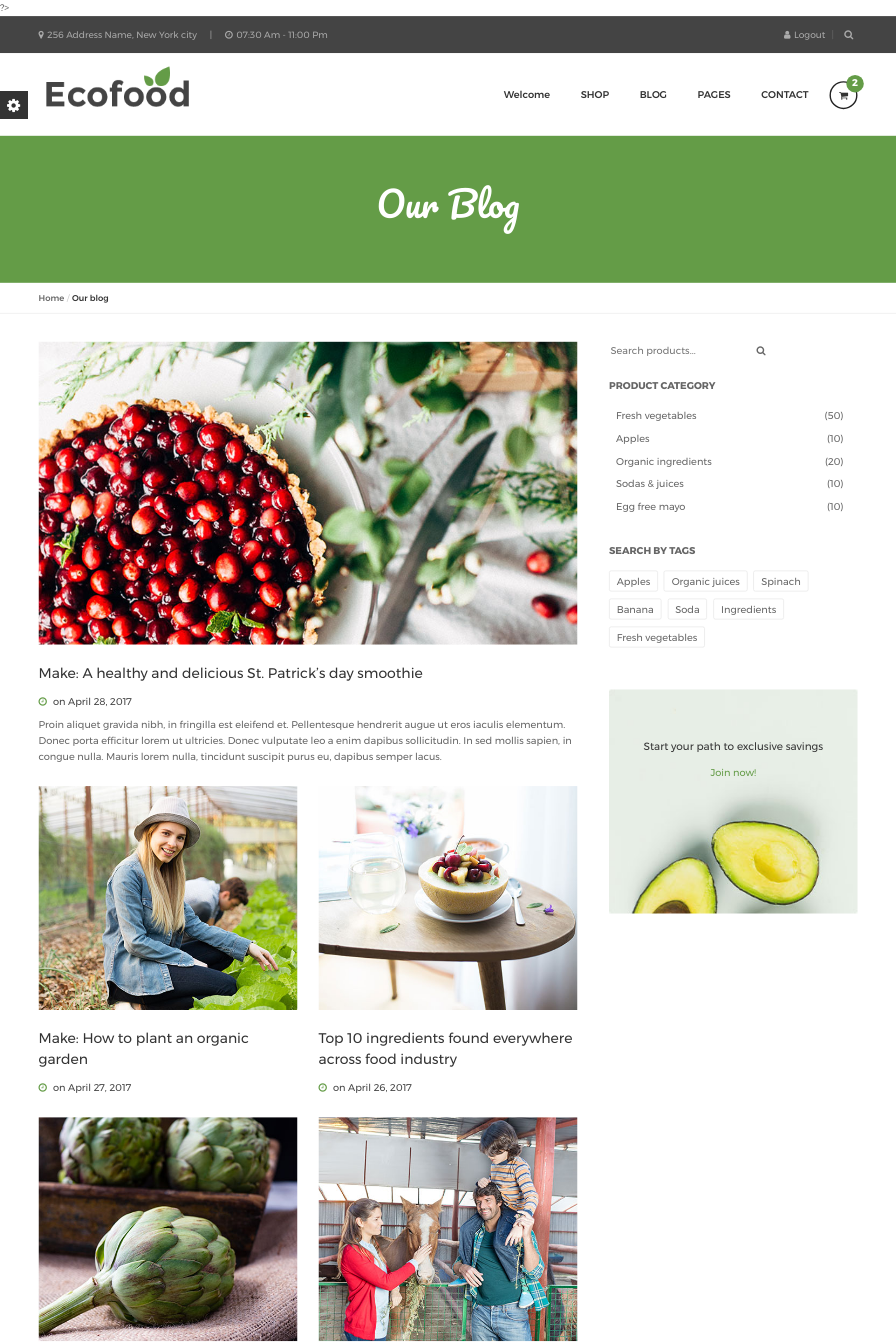
Repository: riteshyadav7878/ecofood
Page: http://localhost/blog-list-with-sidebar-2.php
These files come from the project's save history. The page is drawn as it stood at one moment and after the next save; the edit follows.
The browser window is 1280 px wide. The pictures show the part of the page from y = 0 to 1920 px (the page is 2660 px tall before and 2637 px after), at 70% of full size.
The page is run by PHP 8.4 with error messages shown; the project is at /var/www/html/. The session is filled in as if someone had signed in: {"username": "testuser", "user_id": 1}.

Above is the page before, as saved 2024-09-09 18:38:54.

After the next save:
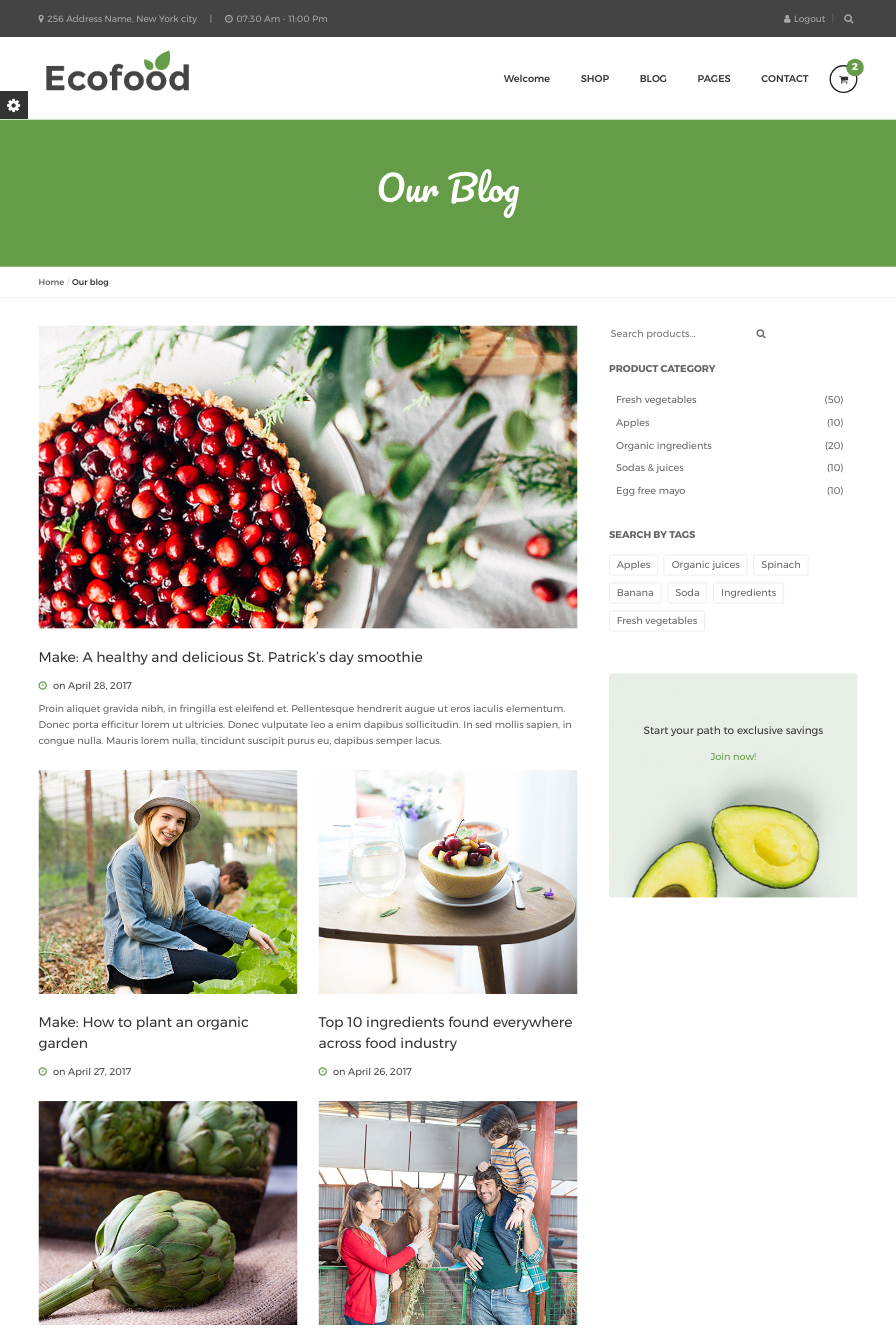
Saved 14 s later.
--- a/blog-list-with-sidebar-2.php
+++ b/blog-list-with-sidebar-2.php
@@ -7,8 +7,6 @@ if (!isset($_SESSION['username'])) {
     header("Location: login.php");
     exit();
 }
-?>
-
 ?>
 
 <!DOCTYPE html>
